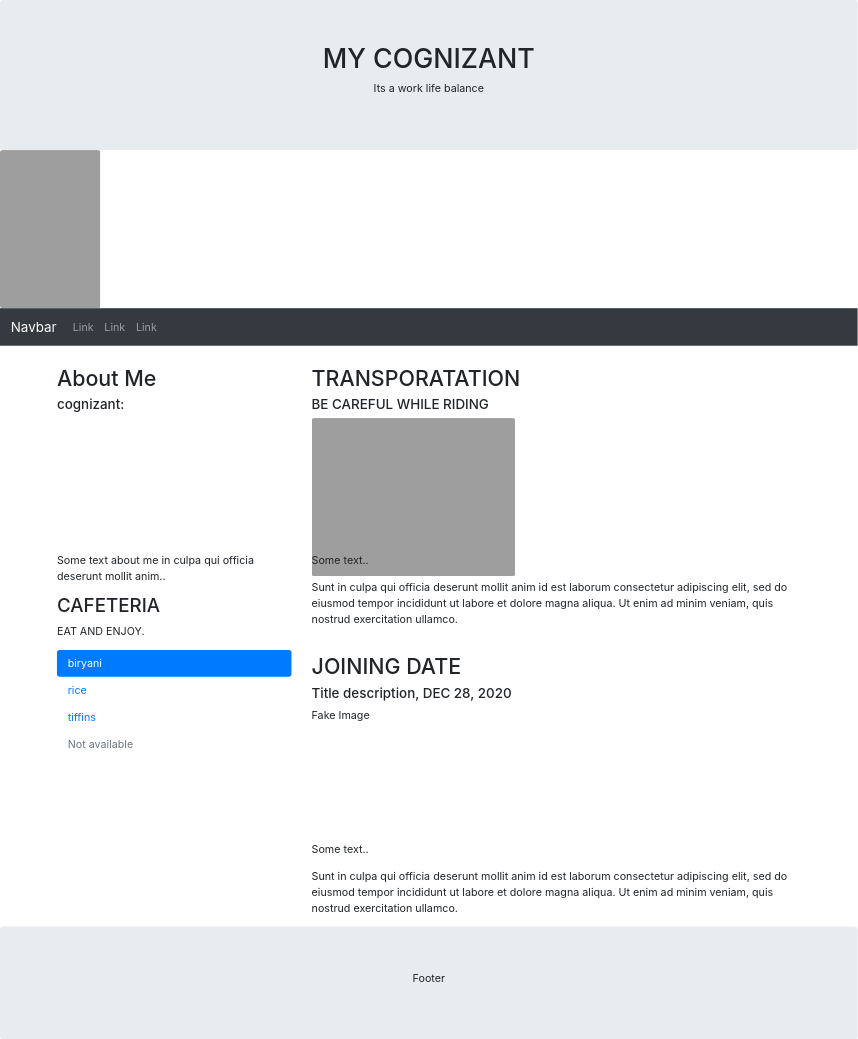
Repository: suvarsha/cognizant-projects
Page: BootStramp1/WebContent/first.html
An editor plug-in stored every save of this project. The page is shown before and after the next save, followed by the edit.
The browser window is 1280 px wide. The pictures show the whole page, at 67% of full size.
Pictures or frames that could not be fetched are drawn as grey boxes.

Above is the page before, as saved 2020-01-18 11:46:50.

### BootStramp1/WebContent/first.html
<!DOCTYPE html>
<html lang="en">
<head>
  <title>Bootstrap 4 Website Example</title>
  <meta charset="utf-8">
  <meta name="viewport" content="width=device-width, initial-scale=1">
  <link rel="stylesheet" href="https://maxcdn.bootstrapcdn.com/bootstrap/4.4.1/css/bootstrap.min.css">
  <script src="https://ajax.googleapis.com/ajax/libs/jquery/3.4.1/jquery.min.js"></script>
  <script src="https://cdnjs.cloudflare.com/ajax/libs/popper.js/1.16.0/umd/popper.min.js"></script>
  <script src="https://maxcdn.bootstrapcdn.com/bootstrap/4.4.1/js/bootstrap.min.js"></script>
  <style>
  .fakeimg {
    height: 200px;
    background:white;
  }
  </style>
</head>
<body>

<div class="jumbotron text-center" style="margin-bottom:0">
  <h1>MY COGNIZANT</h1>
  <p>Its a  work life balance</p>
</div>
<img src="C:\cognizant\BootStramp1\WebContent\image\download (1).jpg" class="rounded" alt="Cinque Terre" width="150" height="236"></div>
<nav class="navbar navbar-expand-sm bg-dark navbar-dark">
  <a class="navbar-brand" href="#">Navbar</a>
  <button class="navbar-toggler" type="button" data-toggle="collapse" data-target="#collapsibleNavbar">
    <span class="navbar-toggler-icon"></span>
  </button>
  <div class="collapse navbar-collapse" id="collapsibleNavbar">
    <ul class="navbar-nav">
      <li class="nav-item">
        <a class="nav-link" href="#">Link</a>
      </li>
      <li class="nav-item">
        <a class="nav-link" href="#">Link</a>
      </li>
      <li class="nav-item">
        <a class="nav-link" href="#">Link</a>
      </li>
    </ul>
  </div>
</nav>

<div class="container" style="margin-top:30px">
  <div class="row">
    <div class="col-sm-4">
      <h2>About Me</h2>
      <h5>cognizant:</h5>
      <div class="fakeimg"></div>

      <p>Some text about me in culpa qui officia deserunt mollit anim..</p>
      <h3>CAFETERIA</h3>
      <p>EAT AND ENJOY.</p>
      <ul class="nav nav-pills flex-column">
        <li class="nav-item">
          <a class="nav-link active" href="#">biryani</a>
        </li>
        <li class="nav-item">
          <a class="nav-link" href="#">rice</a>
        </li>
        <li class="nav-item">
          <a class="nav-link" href="#">tiffins</a>
        </li>
        <li class="nav-item">
          <a class="nav-link disabled" href="#">Not available</a>
        </li>
      </ul>
      <hr class="d-sm-none">
    </div>
    <div class="col-sm-8">
      <h2>TRANSPORATATION</h2>
      <h5>BE CAREFUL WHILE RIDING</h5>
      <div class="fakeimg">
      <img src="C:\cognizant\BootStramp1\WebContent\image\download.jpg" class="rounded" alt="Cinque Terre" width="304" height="236"></div>
      <p>Some text..</p>
      <p>Sunt in culpa qui officia deserunt mollit anim id est laborum consectetur adipiscing elit, sed do eiusmod tempor incididunt ut labore et dolore magna aliqua. Ut enim ad minim veniam, quis nostrud exercitation ullamco.</p>
      <br>
      <h2>JOINING DATE</h2>
      <h5>Title description, DEC 28, 2020</h5>
      <div class="fakeimg">Fake Image</div>
      <p>Some text..</p>
      <p>Sunt in culpa qui officia deserunt mollit anim id est laborum consectetur adipiscing elit, sed do eiusmod tempor incididunt ut labore et dolore magna aliqua. Ut enim ad minim veniam, quis nostrud exercitation ullamco.</p>
    </div>
  </div>
</div>

<div class="jumbotron text-center" style="margin-bottom:0">
  <p>Footer</p>
</div>

</body>
</html>

After the next save:
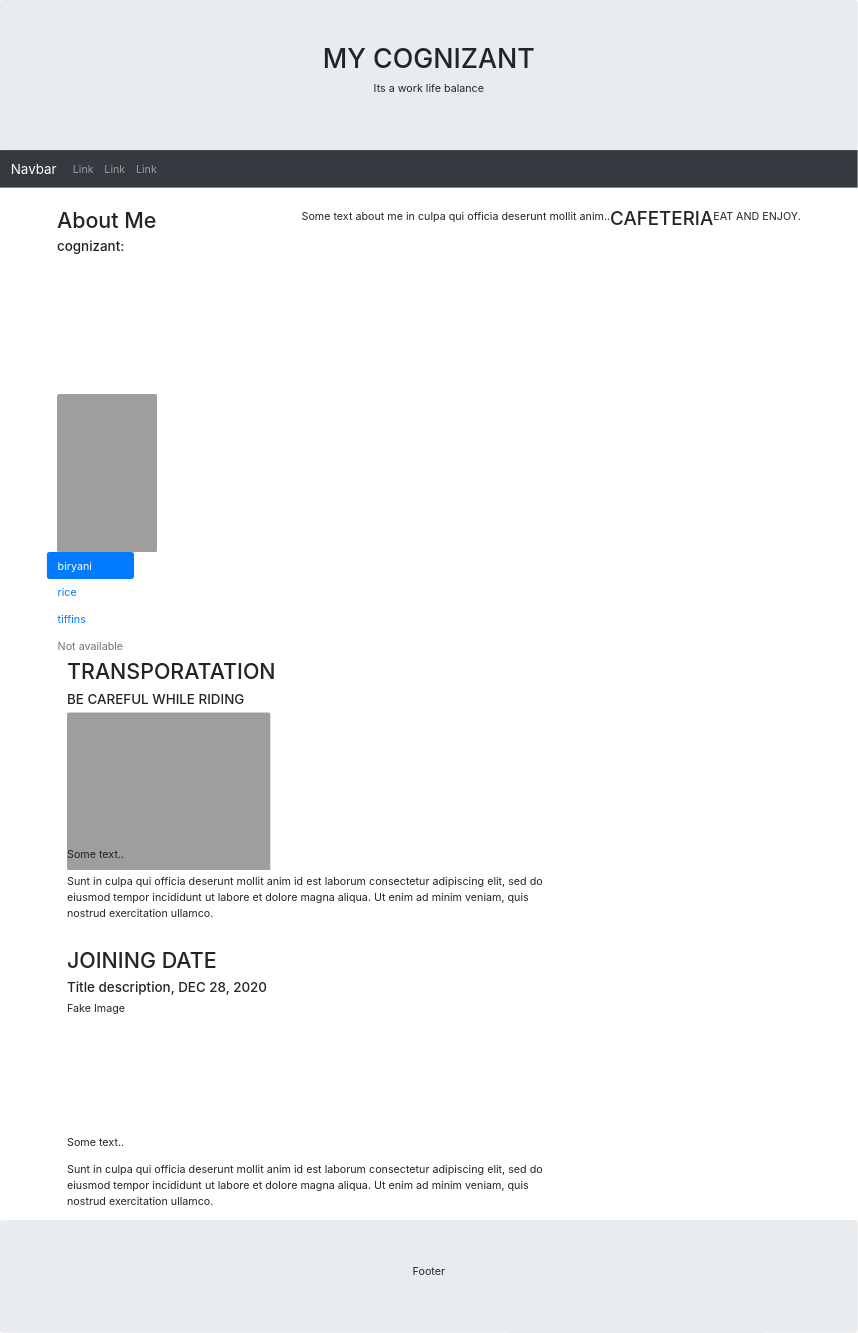
Saved 56 s later.
--- a/BootStramp1/WebContent/first.html
+++ b/BootStramp1/WebContent/first.html
@@ -21,7 +21,7 @@
   <h1>MY COGNIZANT</h1>
   <p>Its a  work life balance</p>
 </div>
-<img src="C:\cognizant\BootStramp1\WebContent\image\download (1).jpg" class="rounded" alt="Cinque Terre" width="150" height="236"></div>
+
 <nav class="navbar navbar-expand-sm bg-dark navbar-dark">
   <a class="navbar-brand" href="#">Navbar</a>
   <button class="navbar-toggler" type="button" data-toggle="collapse" data-target="#collapsibleNavbar">
@@ -48,7 +48,7 @@
       <h2>About Me</h2>
       <h5>cognizant:</h5>
       <div class="fakeimg"></div>
-
+      <img src="C:\cognizant\BootStramp1\WebContent\image\download (1).jpg" class="rounded" alt="Cinque Terre" width="150" height="236"></div>
       <p>Some text about me in culpa qui officia deserunt mollit anim..</p>
       <h3>CAFETERIA</h3>
       <p>EAT AND ENJOY.</p>
